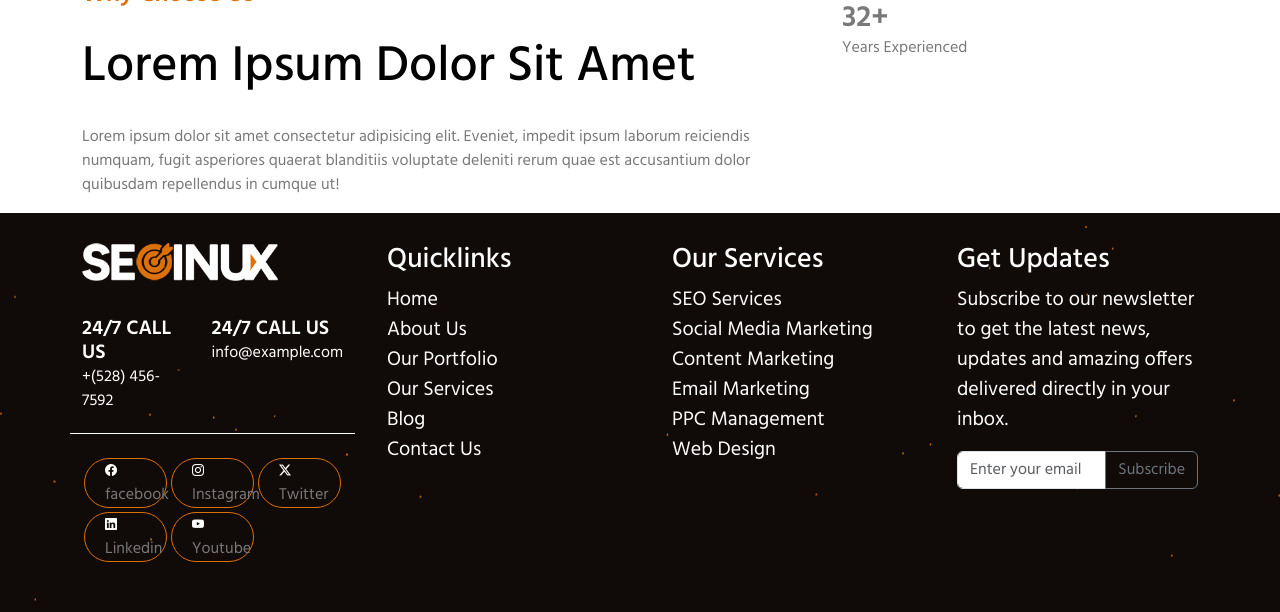
Repository: tagnam/seoinox
Page: about.html
An editor plug-in stored every save of this project. The page is shown before and after the next save, followed by the edit.
The browser window is 1280 px wide. The pictures show the part of the page from y = 3019 to 3631 px (the page is 3631 px tall).
A picture or video elsewhere on the page could not be fetched, so the positions and the page height are approximate. Backgrounds fixed to the window are drawn as part of the page.

Above is the page before, as saved 2025-02-26 11:04:54.

### about.html
<!DOCTYPE html>
<html lang="en">
<head>
    <meta charset="UTF-8">
    <meta name="viewport" content="width=device-width, initial-scale=1.0">
    <title>SEOINOX</title>
    <link href="https://cdn.jsdelivr.net/npm/bootstrap@5.3.3/dist/css/bootstrap.min.css" rel="stylesheet" integrity="sha384-QWTKZyjpPEjISv5WaRU9OFeRpok6YctnYmDr5pNlyT2bRjXh0JMhjY6hW+ALEwIH" crossorigin="anonymous">
    <link rel="stylesheet" href="style/css/style.css">
    <link rel="stylesheet" href="style/css/responsive.css">
    <link rel="stylesheet" href="style/css/animation.css">
</head>


<body>
  <header>
    <nav class="navbar navbar-expand-lg ">
        <div class="container-fluid">
          <a class="navbar-brand" href="#"><img src="images/main-logo-sec.png" width="100%" alt=""></a>
          <button class="navbar-toggler" type="button" data-bs-toggle="collapse" data-bs-target="#navbarSupportedContent" aria-controls="navbarSupportedContent" aria-expanded="false" aria-label="Toggle navigation">
            <span class="navbar-toggler-icon"></span>
          </button>
          <div class="collapse navbar-collapse custom-navbar-collapse" id="navbarSupportedContent">
            <ul class="navbar-nav custom-navbar-nav">
              <li class="nav-item">
                <a class="nav-link active" aria-current="page" href="/">Home</a>
              </li>
              <li class="nav-item">
                <a class="nav-link" href="about.html">About US</a>
              </li>
              <li class="nav-item">
                <a class="nav-link" href="portfolio.html">Our Portfolio</a>
              </li>
              <li class="nav-item">
                <a class="nav-link" href="service.html">Our Services</a>
              </li>
              <li class="nav-item">
                <a class="nav-link" href="blog.html">Blog</a>
              </li>
              <li class="nav-item">
                <a class="nav-link" href="contact.html">Contact Us</a>
              </li>
            </ul>
            <div class="d-flex" role="search">
                    <div class="menu-icon">
                        <div class="menu-icon-item"> </div>
                        <div class="menu-icon-item"></div>
                        <div class="menu-icon-item"></div>
                    </div>
            </div>
          </div>
        </div>
      </nav>
  </header>


<!--====================================== start hero section  ============================-->
 <section class="inner-page-hero-section">
    <div class="container">
        <div class="row">
                <div class="col-lg-12" style="z-index: 10;">
                    <div class="page-title">
                        <h2> About Us</h2>
                    </div>
                </div>
        </div>
    </div>
    <div class="overlay"></div>
 </section>

<!--====================================== end hero section  ============================-->

  <!--====================================== start about section  ============================-->
  <section class="about-section">
    <div class="container">
      <div class="row">
        <div class="col-lg-6" style="height: 800px;">
          <div class="about-img-container">
            <img src="images/about-image.png" alt="">
          </div>
        </div>
        <div class="col-lg-6">

          <div class="about-content-container">
            <div class="about-content">
              <h2 class="about-main-heading" style="text-align: start;">About Us</h2>
              <p class="about-sub-heading" style="text-align: start ; line-height: 80px;">Lorem ipsum dolor sit amet</p>
          </div>
          <p>At the core of our journey lies a commitment to driving growth fueled by a combination of expertise and passion. We believe growth is not just about numbers—it's about creating meaningful impact, fostering innovation, and building relationships that last. Our team brings a wealth of knowledge, experience, and dedication to every project.</p>
          <div class="about-card card">
            <div class="row g-4">
              <div class="col" style="background-color: #F7F7F7; border-radius: 15px;  ">
                <div class="card-body mission-vission">
                  <h5 class="card-title">Our Mission</h5>
                  <p class="card-text">Lorem ipsum dolor sit amet, consectetur adipiscing elit. </p>
                </div>
              </div>
              <div class="col" >
                <div class="card-body mission-vission">
                  <h5 class="card-title">Our Vision</h5>
                  <p class="card-text">Lorem ipsum dolor sit amet, consectetur adipiscing elit. </p>
                </div>
              </div>
            </div>
          </div>
        </div>
        </div>
      </div>
    </div>
  </section>

    <!--====================================== end about section  ============================-->
    <div class="clearfix"></div>


    <!--====================================== start choice  section  ============================-->

<section class="ab-page-choice-section">
<div class="container">
  <div class="row">
    <div class="col-lg-6" style="padding: 0px 50px;">
      <div class="about-content" >
        <h2 class="about-main-heading" style="text-align: start;">About Us</h2>
        <p class="about-sub-heading" style="text-align: start ; line-height: 80px; color: #fff;">Lorem ipsum dolor sit amet</p>
        <p style="text-align: start; color: #F7F7F7;">At the core of our journey lies a commitment to driving growth fueled by a combination of expertise and passion. We believe growth is not just about numbers—it's about creating meaningful impact, fostering innovation, and building relationships that last. Our team brings a wealth of knowledge, experience, and dedication to every project.</p>

    </div>
    </div>
    <div class="col-lg-6" style="padding: 0px 50px;">
      <div class="row row-cols-1 row-cols-md-2 g-4">
        <div class="col">
            <div class="card-body" style="color: #fff;">
              <h5 class="card-title choice-num">60<span>M</span></h5>
              <p class="card-text">Lorem ipsum dolor sit amet, consectetur adipiscing elit. </p>
          </div>
        </div>
        <div class="col">
          <div class="card-body" style="color: #fff;">
            <h5 class="card-title choice-num">80<span>%</span></h5>
            <p class="card-text">Lorem ipsum dolor sit amet, consectetur adipiscing elit. </p>
        </div>
        </div>
        <div class="col">
          <div class="card-body" style="color: #fff;">
            <h5 class="card-title choice-num">95<span>%</span> </h5>
            <p class="card-text">Lorem ipsum dolor sit amet, consectetur adipiscing elit. </p>
        </div>
        </div>
        <div class="col">
          <div class="card-body" style="color: #fff;">
            <h5 class="card-title choice-num">75<span>K</span> </h5>
            <p class="card-text">Lorem ipsum dolor sit amet, consectetur adipiscing elit. </p>
        </div>
        </div>
      </div>
    </div>
  </div>
</div>

</section>

        <!--====================================== end choice section  ============================-->

  <!--====================================== start choose section  ============================-->


  <section class="choose-section">
    <div class="container">
      <div class="row">
          <div class="col-lg-6 d-flex align-items-center">
              <div class="about-content">
                  <h2 class="about-main-heading" style="text-align: start;">Why Choose Us</h2>
                  <p class="about-sub-heading" style="text-align: start; font-size: 50px;">Lorem ipsum dolor sit amet</p>
                  <p  style="text-align: start;">Lorem ipsum dolor sit amet consectetur adipisicing elit. Eveniet, impedit ipsum laborum reiciendis numquam, fugit asperiores quaerat blanditiis voluptate deleniti rerum quae est accusantium dolor quibusdam repellendus in cumque ut!</p>

              </div>
          </div>
          <div class="col-lg-6">
            <div class="chooise-card-container">
              <div class="card chooise-card mb-5" >
                <div class="row g-0">
                  <div class="col-md-3">
                    <div class="choice-img-container">
                      <img src="images/step1.png" class="img-fluid" alt="...">
                    </div>
                  </div>
                  <div class="col-md-9">
                    <div class="card-body">
                      <h5 class="card-title choice-title">Card title</h5>
                      <p class="card-text">This is a wider card with supporting text below as a natural lead-in to additional content. This content is a little bit longer.</p>
                    </div>
                  </div>
                </div>
              </div>
              <div class="card chooise-card mb-5" >
                <div class="row g-0">
                  <div class="col-md-3">
                    <div class="choice-img-container">
                      <img src="images/step1.png" class="img-fluid" alt="...">
                    </div>
                  </div>
                  <div class="col-md-9">
                    <div class="card-body">
                      <h5 class="card-title choice-title">Card title</h5>
                      <p class="card-text">This is a wider card with supporting text below as a natural lead-in to additional content. This content is a little bit longer.</p>
                    </div>
                  </div>
                </div>
              </div>
              <div class="card chooise-card mb-5" >
                <div class="row g-0">
                  <div class="col-md-3">
                    <div class="choice-img-container">
                      <img src="images/step1.png" class="img-fluid" alt="...">
                    </div>
                  </div>
                  <div class="col-md-9">
                    <div class="card-body">
                      <h5 class="card-title choice-title">Card title</h5>
                      <p class="card-text">This is a wider card with supporting text below as a natural lead-in to additional content. This content is a little bit longer.</p>
                    </div>
                  </div>
                </div>
              </div>
              <div class="card chooise-card mb-5" >
                <div class="row g-0">
                  <div class="col-md-3">
                    <div class="choice-img-container">
                      <img src="images/step1.png" class="img-fluid" alt="...">
                    </div>
                  </div>
                  <div class="col-md-9">
                    <div class="card-body">
                      <h5 class="card-title choice-title">Card title</h5>
                      <p class="card-text">This is a wider card with supporting text below as a natural lead-in to additional content. This content is a little bit longer.</p>
                    </div>
                  </div>
                </div>
              </div>
            </div>
          </div>
      </div>
  </div>
</section>

  <!--====================================== end choose section  ============================-->
  <div class="clearfix"></div>

  <!--====================================== start team section  ============================-->

  <section>
    <div class="container">
      <div class="row">
        <div class="col-lg-8">
          <div class="about-content">
            <h2 class="about-main-heading" style="text-align: start;">Why Choose Us</h2>
            <p class="about-sub-heading" style="text-align: start; font-size: 50px;">Lorem ipsum dolor sit amet</p>
            <p  style="text-align: start;">Lorem ipsum dolor sit amet consectetur adipisicing elit. Eveniet, impedit ipsum laborum reiciendis numquam, fugit asperiores quaerat blanditiis voluptate deleniti rerum quae est accusantium dolor quibusdam repellendus in cumque ut!</p>

        </div>
        </div>
        <div class="col-lg-4">
          <div class="card-body">
            <h5 class="card-title choice-title">32+</h5>
            <p class="card-text">Years Experienced</p>
          </div>
        </div>
      </div>
    </div>
  </section>
  <!--====================================== end team section  ============================-->











<footer>
  <div class="container">
    <div class="row">
      <div class="col">
        <figure>
          <img src="images/main-logo.png" alt="" style="width: 75%;">
        </figure>
        <div class="row" style="padding: 20px 0px; border-bottom: 1px solid #fff;">
          <div class="col">
            <h4 class="footer-heading">24/7 CALL US</h4>
            <a href="" class="footer-link">+(528) 456-7592</a>
          </div>
          <div class="col">
            <h4 class="footer-heading">24/7 CALL US</h4>
            <a href="" class="footer-link">info@example.com</a>
          </div>
        </div>
        <div class="social-container row-cols-md-3  row g-1">
          <div class="col">
            <div class="social-icon"> <span><i class="bi bi-facebook"></i></span> facebook </div>
          </div>
          <div class="col">
            <div class="social-icon"> <span><i class="bi bi-instagram"></i></span> Instagram </div>
          </div>
          <div class="col">
            <div class="social-icon"> <span><i class="bi bi-twitter-x"></i></span> Twitter </div>
          </div>
          <div class="col">
            <div class="social-icon"> <span><i class="bi bi-linkedin"></i></span> Linkedin</div>
          </div>
          <div class="col">
            <div class="social-icon"> <span><i class="bi bi-youtube"></i></span> Youtube</div>
          </div>
        </div>
      </div>
      <div class="col">
          <div class="footer-content-heading">
              <h3><i class="ri-circle-fill"></i> Quicklinks</h3>
              <ul class="footer-list">
                <li><i class="ri-arrow-right-double-line"></i> <a class="footer-link" href="">Home</a></li>
                <li><i class="ri-arrow-right-double-line"></i> <a class="footer-link" href="">About Us</a></li>
                <li><i class="ri-arrow-right-double-line"></i> <a class="footer-link" href="">Our Portfolio</a></li>
                <li><i class="ri-arrow-right-double-line"></i> <a class="footer-link" href="">Our Services</a></li>
                <li><i class="ri-arrow-right-double-line"></i> <a class="footer-link" href="">Blog</a></li>
                <li><i class="ri-arrow-right-double-line"></i> <a class="footer-link" href="">Contact Us</a></li>
          </div>
      </div>
      <div class="col">
        <div class="footer-content-heading">
          <h3><i class="ri-circle-fill"></i> Our Services</h3>
            <ul class="footer-list">
              <li><i class="ri-arrow-right-double-line"></i> <a class="footer-link" href="">SEO Services</a></li>
              <li><i class="ri-arrow-right-double-line"></i> <a class="footer-link" href="">Social Media Marketing</a></li>
              <li><i class="ri-arrow-right-double-line"></i> <a class="footer-link" href="">Content Marketing</a></li>
              <li><i class="ri-arrow-right-double-line"></i> <a class="footer-link" href="">Email Marketing</a></li>
              <li><i class="ri-arrow-right-double-line"></i> <a class="footer-link" href="">PPC Management</a></li>
              <li><i class="ri-arrow-right-double-line"></i> <a class="footer-link" href="">Web Design</a></li>
            </ul>
      </div>
      </div>
      <div class="col">
        <div class="footer-content-heading">
          <h3><i class="ri-circle-fill"></i> Get Updates</h3>
          <p>Subscribe to our newsletter to get the latest news, updates and amazing offers delivered directly in your inbox.</p>
          <form action="">
            <div class="input-group mb-3">
              <input type="text" class="form-control" placeholder="Enter your email" aria-label="Recipient's username" aria-describedby="button-addon2">
              <button class="btn btn-outline-secondary" type="button" id="button-addon2">Subscribe</button>
            </div>
          </form>

      </div>
      </div>
    </div>
  </div>
</footer>
<script src="https://cdn.jsdelivr.net/npm/bootstrap@5.3.3/dist/js/bootstrap.bundle.min.js" integrity="sha384-YvpcrYf0tY3lHB60NNkmXc5s9fDVZLESaAA55NDzOxhy9GkcIdslK1eN7N6jIeHz" crossorigin="anonymous"></script>
<script src="https://unpkg.com/@studio-freight/lenis@1.0.42/dist/lenis.min.js"></script>

<script src="style/js/custom.js"></script>
</body>
</html>

Loaded but not shown: style/js/custom.js (12 lines, source omitted); style/css/style.css (593 lines, source omitted); style/css/responsive.css (no stored copy; drawn as an empty file); style/css/animation.css (no stored copy; drawn as an empty file)

After the next save:
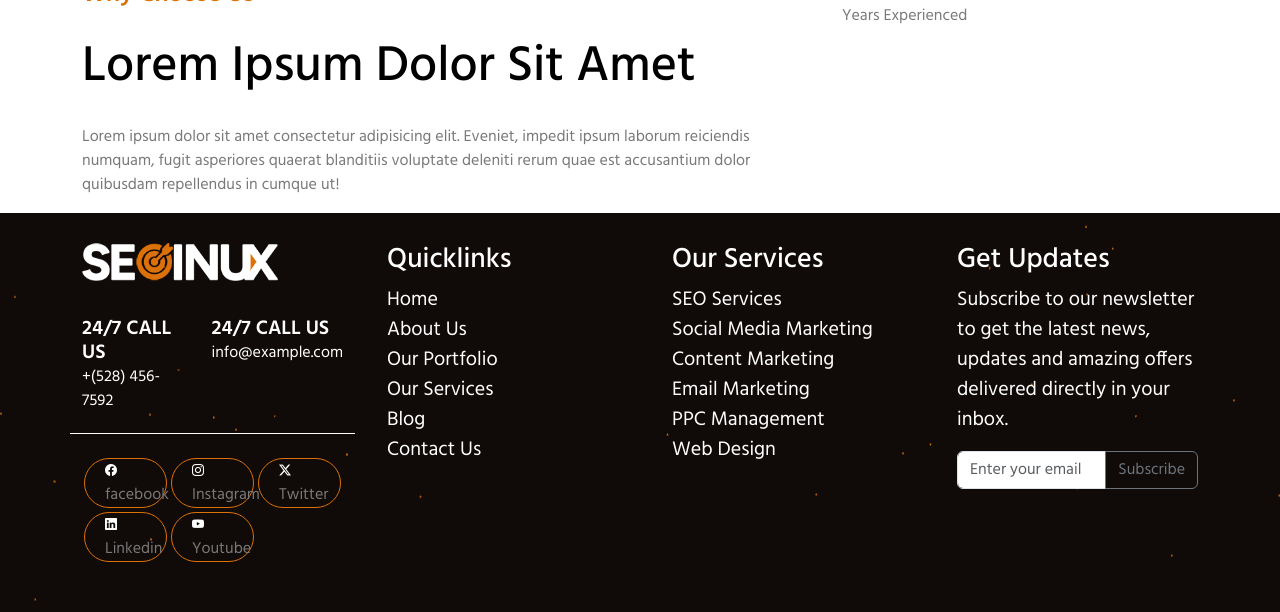
Saved 45 s later.
--- a/about.html
+++ b/about.html
@@ -260,7 +260,7 @@
         </div>
         <div class="col-lg-4">
           <div class="card-body">
-            <h5 class="card-title choice-title">32+</h5>
+            <h5 class="card-title -title">32+</h5>
             <p class="card-text">Years Experienced</p>
           </div>
         </div>
